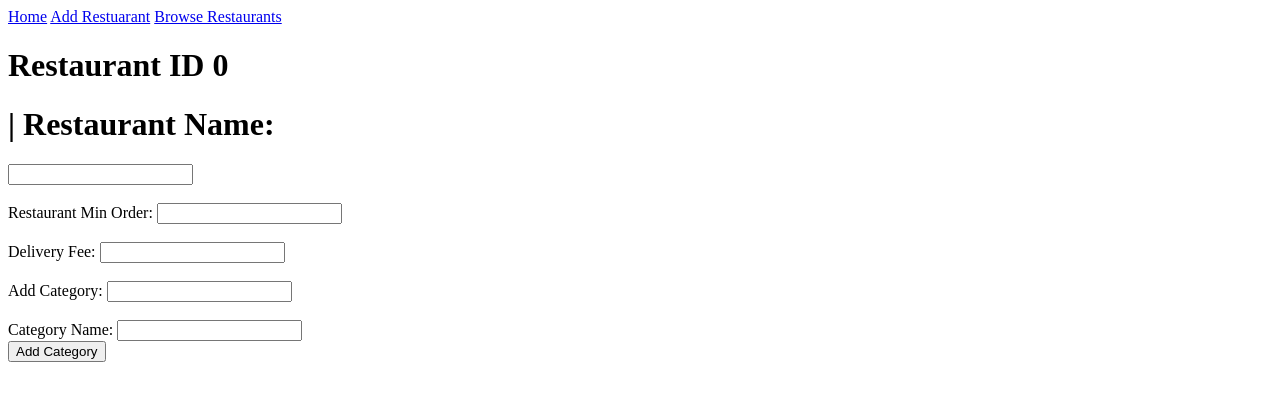
Repository: hudaali14/Carleton
Page: http://localhost/restaurants/0
An editor plug-in stored every save of this project. The page is shown before and after the next save, followed by the edit.
The browser window is 1280 px wide. The pictures show the whole page.
The page is served by the project's Node server (server.js).

Above is the page before, as saved 2020-03-12 17:32:17.

After the next save:
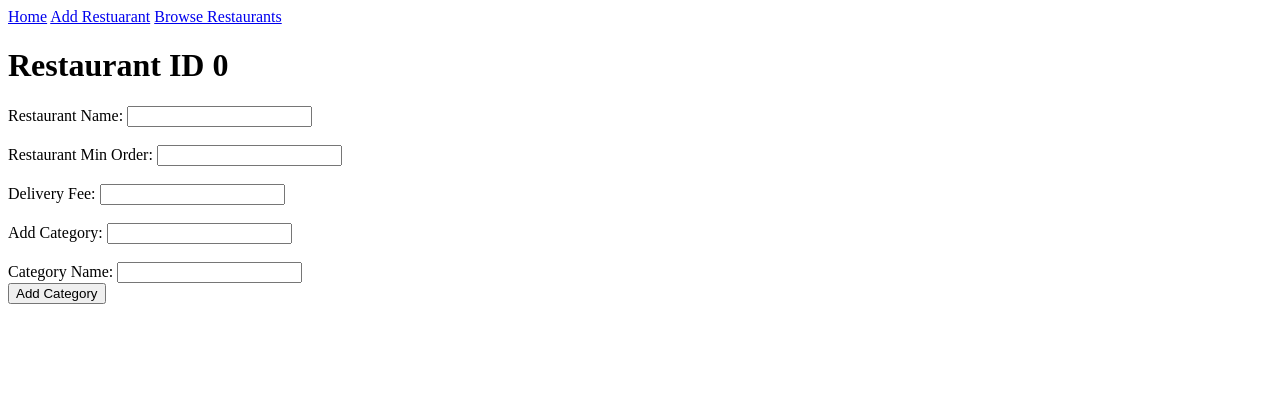
Saved 12 s later.
--- a/2406/Assignments/Assignment3 (100)/views/pages/restaurantpage.pug
+++ b/2406/Assignments/Assignment3 (100)/views/pages/restaurantpage.pug
@@ -5,7 +5,7 @@ body
     include ../partials/header
 
     h1 Restaurant ID #{restaurant.id}
-    h1 | Restaurant Name:
+    | Restaurant Name:
     input(type= "text", id="restaurantnamepage")
     br
     br
